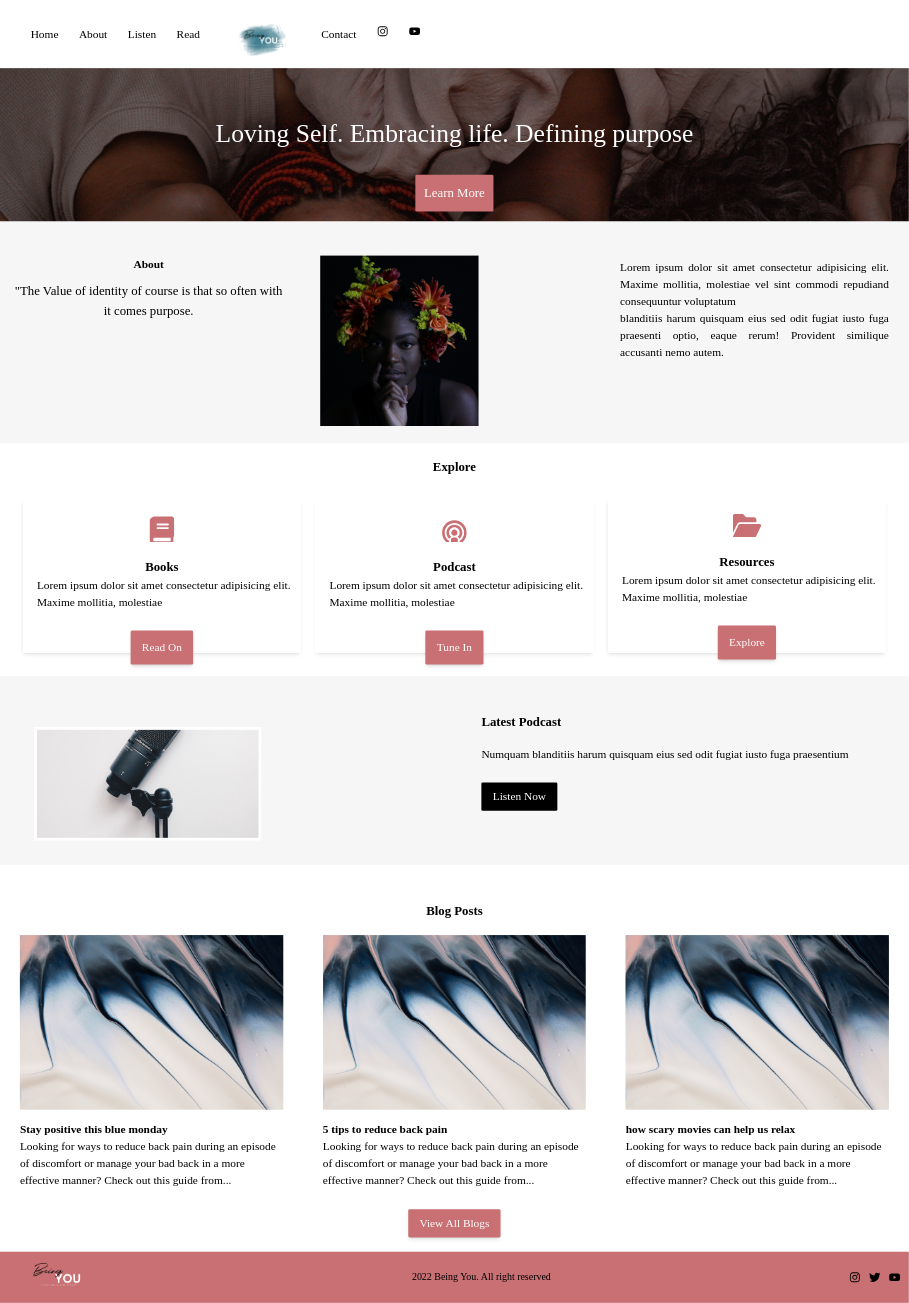
Repository: BrightonMboya/being-you
Page: /
These files come from the project's save history. The page is drawn as it stood at one moment and after the next save; the edit follows.
The browser window is 1280 px wide. The pictures show the whole page, at 71% of full size.
The project was rebuilt for these pictures with package versions that can differ from the ones it lists, and the page was loaded fresh each time.

Above is the page before, as saved 2022-05-29 11:43:34.

After the next save:
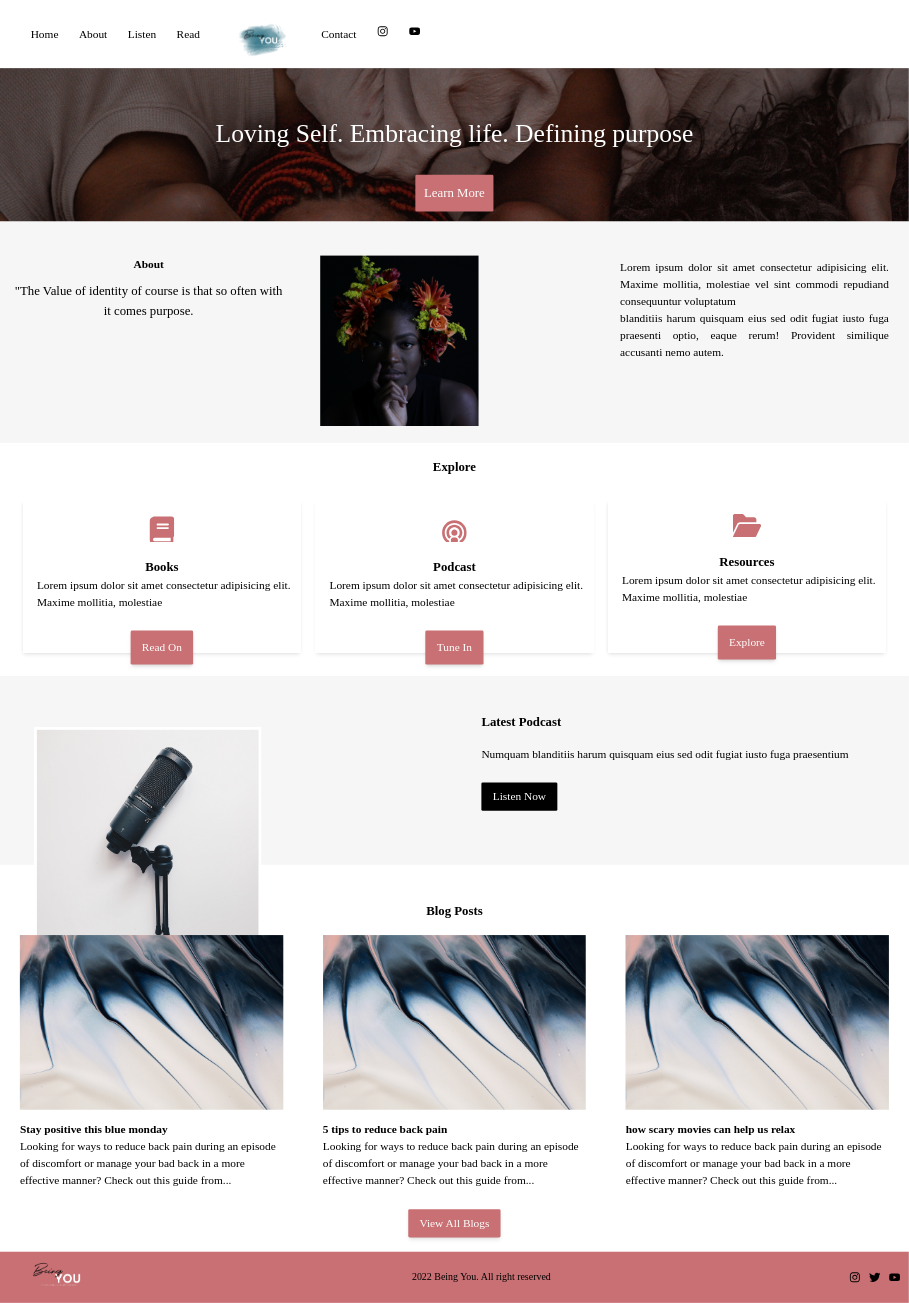
Saved 13 s later.
--- a/src/Components/Podcast/Podcast.jsx
+++ b/src/Components/Podcast/Podcast.jsx
@@ -8,7 +8,7 @@
         <img
           src={mic}
           alt=""
-          className="h-40 w-15 object-cover  mt-[10vh] border-4 border-white md:h-75 w-80 mt-12 ml-12"
+          className="h-40 w-15 object-cover  mt-[10vh] border-4 border-white md:h-80 w-80 mt-12 ml-12"
         />
         <div className="mt-[7vh] ml-7">
           <h3 className="font-semibold md:text-lg">Latest Podcast</h3>

After the save that followed:
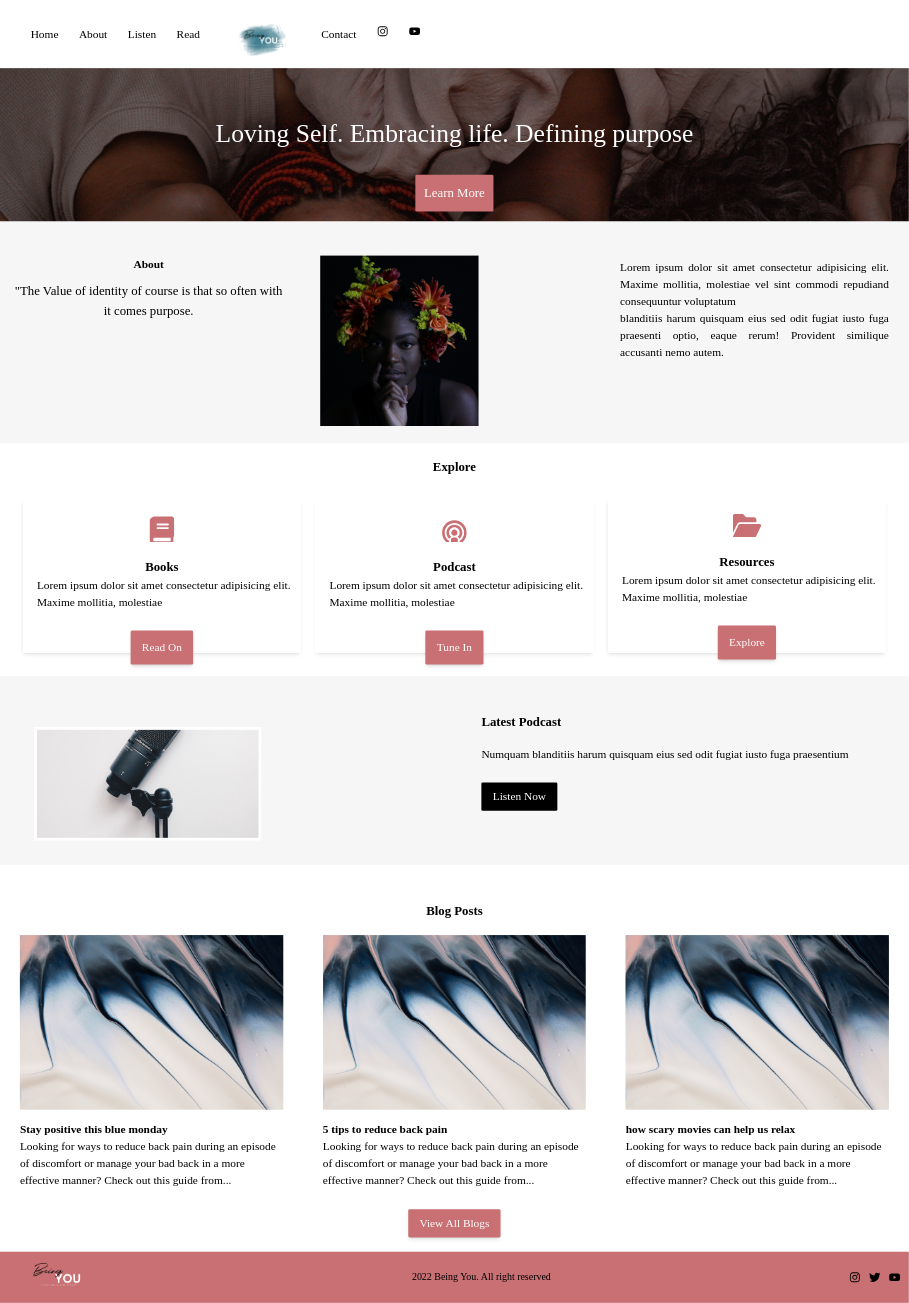
Saved 6 s later.
--- a/src/Components/Podcast/Podcast.jsx
+++ b/src/Components/Podcast/Podcast.jsx
@@ -8,7 +8,7 @@
         <img
           src={mic}
           alt=""
-          className="h-40 w-15 object-cover  mt-[10vh] border-4 border-white md:h-80 w-80 mt-12 ml-12"
+          className="h-40 w-15 object-cover  mt-[10vh] border-4 border-white md:h-75 w-80 mt-12 ml-12"
         />
         <div className="mt-[7vh] ml-7">
           <h3 className="font-semibold md:text-lg">Latest Podcast</h3>
